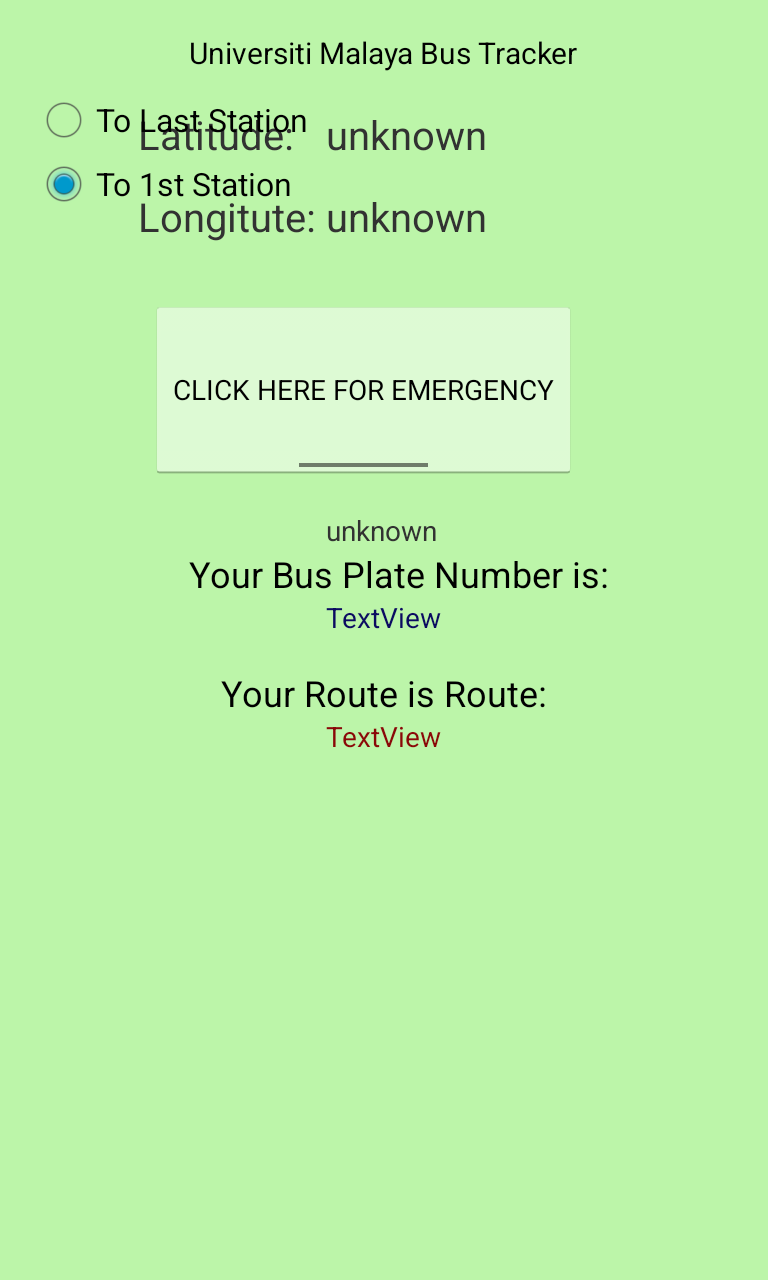
Repository: patheon17/myrepo2
Layout: workspace/UMBusTracker/res/layout/activity_main.xml
These files come from the project's save history. The layout is drawn as it stood at one moment and after the next save; the edit follows.
It is drawn on a 768 x 1280 px phone screen (xhdpi) without system bars, with theme AppTheme; the app's code is not run.

Above is the layout before, as saved 2013-10-01 09:01:50.

After the next save:
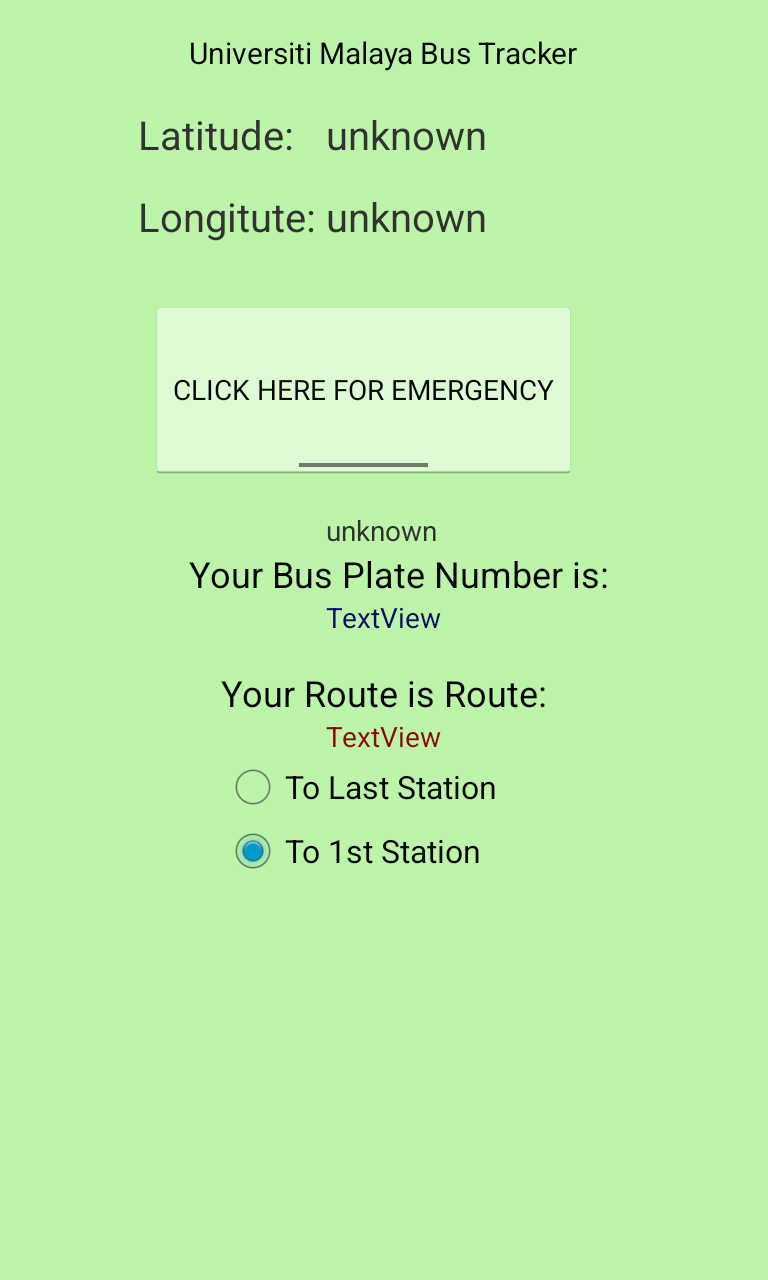
Saved 75 s later.
--- a/workspace/UMBusTracker/res/layout/activity_main.xml
+++ b/workspace/UMBusTracker/res/layout/activity_main.xml
@@ -119,25 +119,21 @@
     <RadioGroup
         android:id="@+id/radiostopsdir"
         android:layout_width="wrap_content"
-        android:layout_height="wrap_content" >
-
+        android:layout_height="wrap_content"
+        android:layout_alignLeft="@+id/textView3"
+        android:layout_below="@+id/textView4">
 
 
     <RadioButton
         android:id="@+id/radiotolast"
         android:layout_width="wrap_content"
         android:layout_height="wrap_content"
-        android:layout_below="@+id/textView4"
-        android:layout_marginTop="28dp"
-        android:layout_toRightOf="@+id/radiotofirst"
         android:text="To Last Station" />
 
     <RadioButton
         android:id="@+id/radiotofirst"
         android:layout_width="wrap_content"
         android:layout_height="wrap_content"
-        android:layout_alignParentLeft="true"
-        android:layout_alignTop="@+id/radiotolast"
         android:checked="true"
         android:text="To 1st Station" />
     </RadioGroup>
